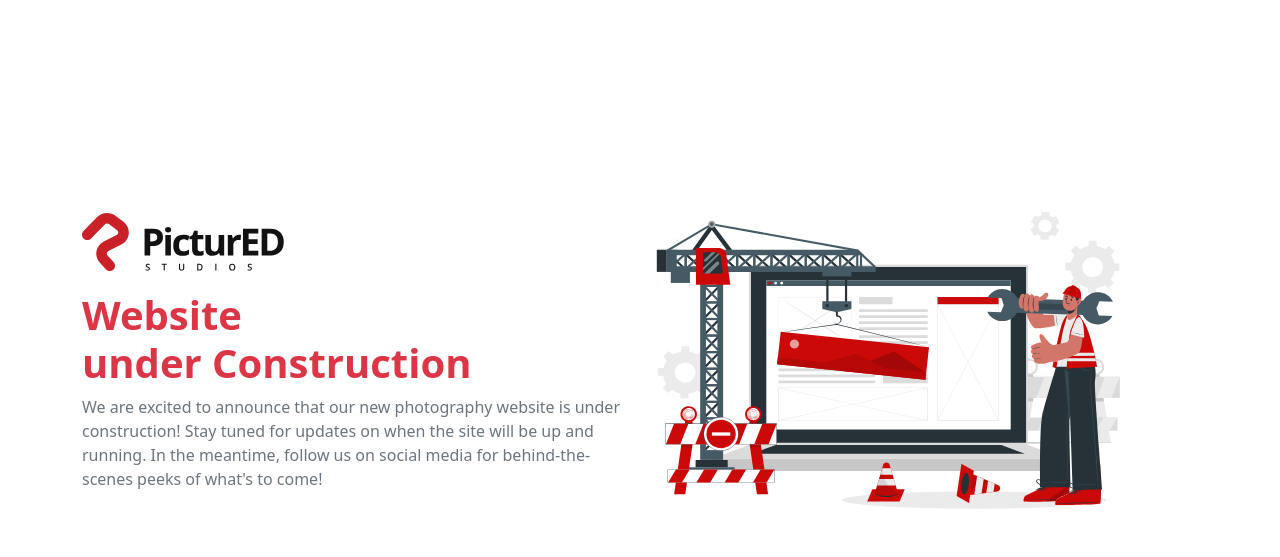
Repository: tHEO2k17/pictured
Page: /
The author's editor kept a copy of each file at every save. The page is drawn from the files as they stood at one save, then again after a run of saves.
The browser window is 1280 px wide. The pictures show the whole page.
The project was rebuilt for these pictures with package versions that can differ from the ones it lists, and the page was loaded fresh each time.

Above is the page before, as saved 2022-09-14 14:10:43.

After the next 2 saves:
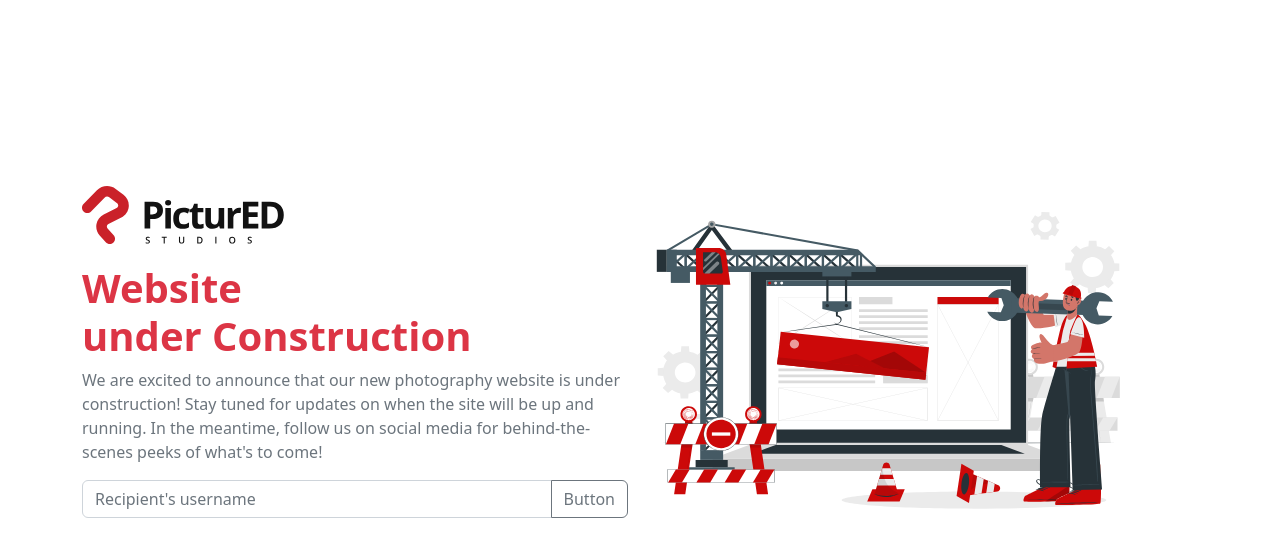
The 2 saves are shown as one change because 1 did not build or start.
The last was saved 113 s later.
--- a/src/App.tsx
+++ b/src/App.tsx
@@ -1,5 +1,5 @@
 import React from "react";
-import { Container, Col, Row, Image } from "react-bootstrap";
+import { Container, Col, Row, Image, InputGroup, Button, Form } from "react-bootstrap";
 import logo from "./core/res/images/logo.svg";
 import sideImage from "./core/res/images/side-image.svg";
 
@@ -19,6 +19,17 @@ function App() {
             running. In the meantime, follow us on social media for
             behind-the-scenes peeks of what's to come!
           </p>
+
+          <InputGroup className="mb-3">
+            <Form.Control
+              placeholder="Recipient's username"
+              aria-label="Recipient's username"
+              aria-describedby="basic-addon2"
+            />
+            <Button variant="outline-secondary" id="button-addon2">
+              Button
+            </Button>
+          </InputGroup>
         </Col>
         <Col>
           <Image src={sideImage} />
